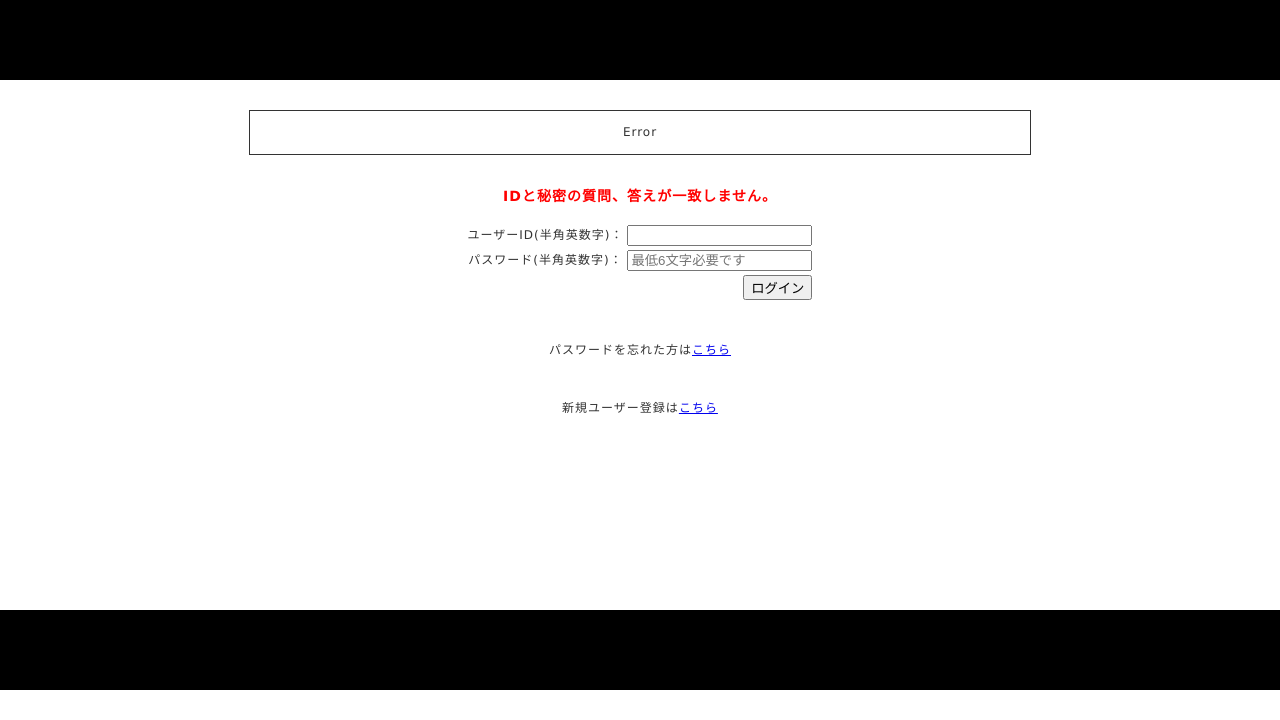
Repository: y321sudo/test2
Page: http://localhost/Yukazon/passwordSettingError.jsp
An editor plug-in stored every save of this project. The page is shown before and after the next save, followed by the edit.
The browser window is 1280 px wide. The pictures show the whole page.
The page is served by Tomcat 9.

Above is the page before, as saved 2018-02-26 02:27:08.

After the next save:
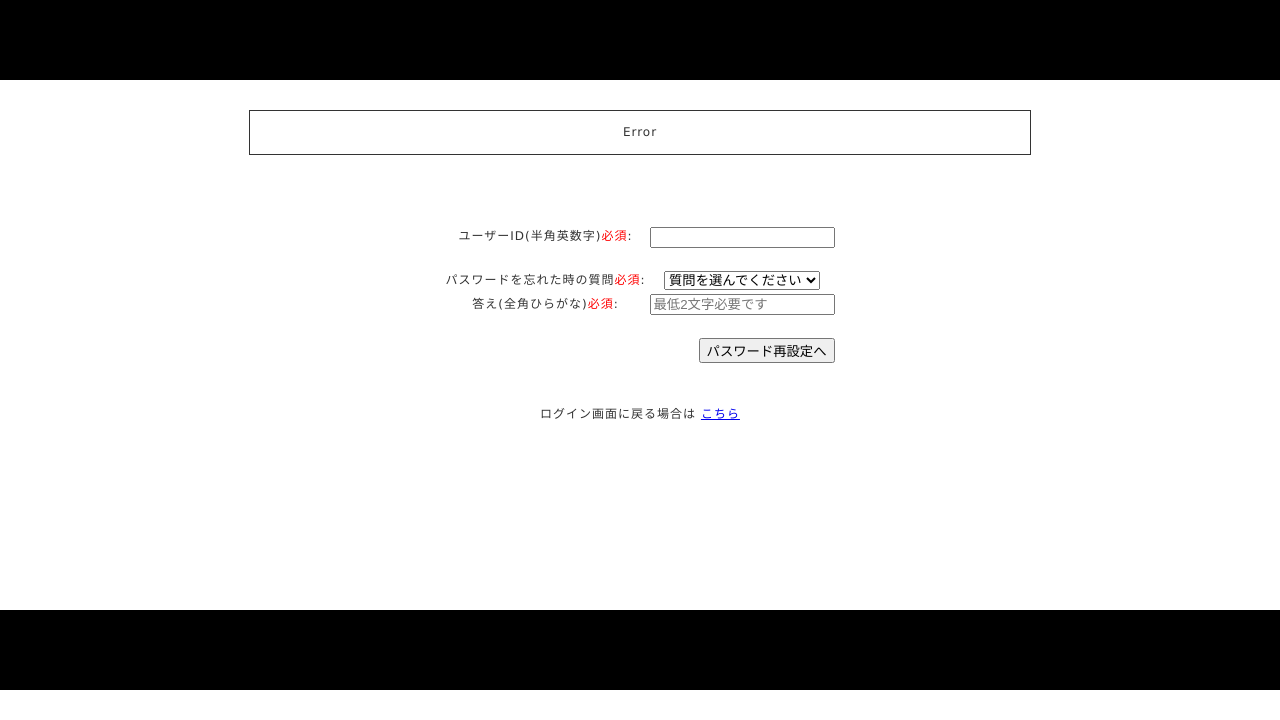
Saved 3 min 32 s later.
--- a/Yukazon/WebContent/passwordSettingError.jsp
+++ b/Yukazon/WebContent/passwordSettingError.jsp
@@ -86,44 +86,57 @@
 			<p>Error</p>
 		</div>
 
-		<div id="error">
-			<h3>IDと秘密の質問、答えが一致しません。</h3>
-		</div>
-			<!-- ログインID,PASS入力ボックス、ログインボタンを押すと"LoginAction"へ -->
-			<s:form action="LoginAction">
+		<div>
+			<!-- PasswordSettingActionのErrorMassageが表示される -->
+			<s:if test="errorMassage != ''">
+				<font color="red" size="3px"><s:property value="errorMassage" escape="false" /></font>
+			</s:if>
+			<br><br>
+			<table>
+			<!-- "パスワード再設定画面へ"ボタンを押すと"PasswordSettingAction"へ -->
+			<s:form action="PasswordSettingAction">
 				<tr>
 					<td>
-						ユーザーID(半角英数字)：
+						<label>ユーザーID(半角英数字)<font color="red">必須</font>:</label>
+					<br><br></td>
+					<td>
+						<input type="text" name="loginUserId" pattern="^[0-9A-Za-z]+$" title="半角英数字でご入力ください。" required />
+					<br><br></td>
+				</tr>
+				<tr>
+					<td>
+						<label>パスワードを忘れた時の質問<font color="red">必須</font>:</label>
 					</td>
 					<td>
-						<input type="text" name="loginUserId"/>
+						<select name="secretQuestion">
+							<option value="質問を選んでください" selected="selected">質問を選んでください</option>
+							<option value="好きな食べ物は？">好きな食べ物は？</option>
+							<option value="小学校の名前は？">小学校の名前は？</option>
+							<option value="母親の旧姓は？">母親の旧姓は？</option>
+						</select>
 					</td>
 				</tr>
 				<tr>
 					<td>
-						パスワード(半角英数字)：
+						<label>答え(全角ひらがな)<font color="red">必須</font>:</label>
+					<br><br>
 					</td>
 					<td>
-						<input type="password" name="loginPassword" placeholder="最低6文字必要です"/>
+						<!-- 答えの入力制限:全角ひらがな2文字以上、入力必須項目 -->
+						<input type="text" name="secretAnswer" placeholder="最低2文字必要です" pattern="^[ぁ-ん]+$" title="全角ひらがな2文字以上でご入力ください。" required />
+					<br><br>
 					</td>
 				</tr>
-				<s:submit value="ログイン"/>
+					<s:submit value="パスワード再設定へ"/>
 			</s:form>
-
+			</table>
 			<br><br>
 			<div>
-				<!-- ”こちら”を押すと"passwordSetting"へ -->
-				<span>パスワードを忘れた方は<a href='<s:url action="SecretQuestionConfirmAction" />'>こちら</a>
-				</span>
-			</div>
-			<br><br>
-
-			<div>
-				<!-- ”こちら”を押すと"UserCreateAction"へ -->
-				<span>新規ユーザー登録は<a href='<s:url action="UserCreateAction" />'>こちら</a>
-				</span>
+				<span>ログイン画面に戻る場合は</span>
+				<a href="http://localhost:8080/Yukazon/home.jsp">こちら</a>
 			</div>
 		</div>
+	</div>
 	<div id="footer">
 	</div>
 </body>
